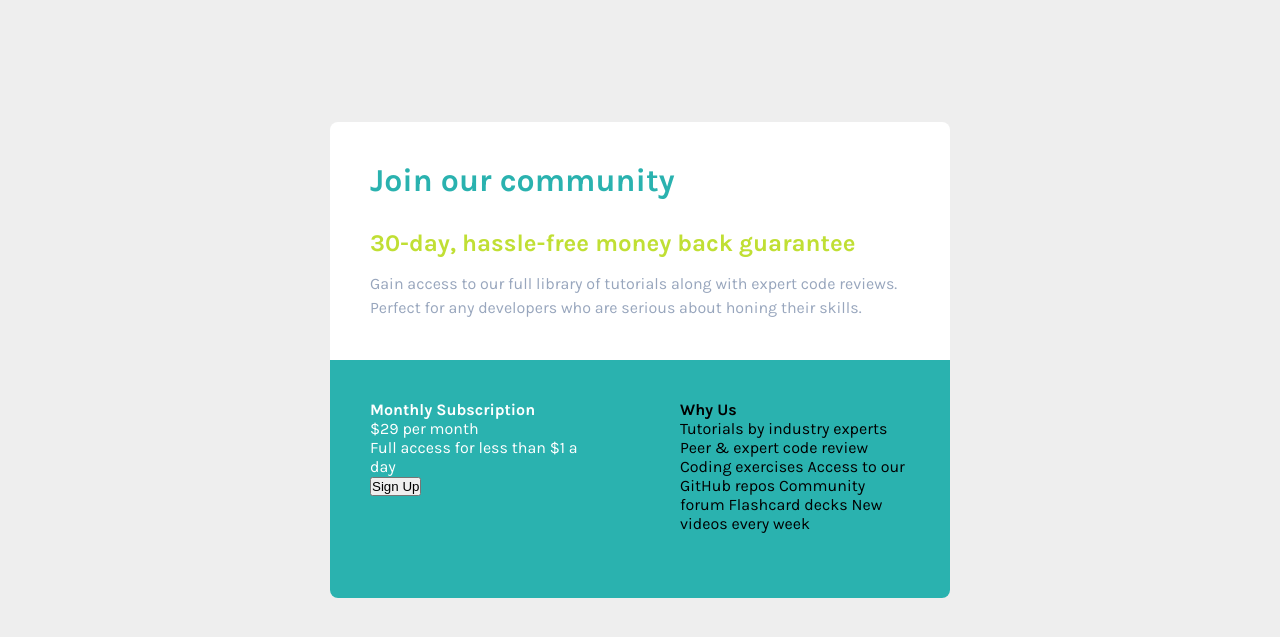
Repository: Akashiii1/WebSingleGrid_Day3
Page: index.html
The author's editor kept a copy of each file at every save. The page is drawn from the files as they stood at one save, then again after the next save.
The browser window is 1280 px wide. The pictures show the whole page.

Above is the page before, as saved 2021-12-22 01:50:16.

### index.html
<!DOCTYPE html>
<html lang="en">
  <head>
    <meta charset="UTF-8" />
    <meta name="viewport" content="width=device-width, initial-scale=1.0" />
    <!-- displays site properly based on user's device -->

    <link
      rel="icon"
      type="image/png"
      sizes="32x32"
      href="./images/favicon-32x32.png"
    />

    <title>Frontend Mentor | Single Price Grid Component</title>

    <!-- Feel free to remove these styles or customise in your own stylesheet 👍 -->
    <link rel="stylesheet" href="style.css" />
    <style>
      .attribution {
        font-size: 11px;
        text-align: center;
      }
      .attribution a {
        color: hsl(228, 45%, 44%);
      }
    </style>
  </head>
  <body>
    <!-- Join our community

  30-day, hassle-free money back guarantee

  Gain access to our full library of tutorials along with expert code reviews.
  Perfect for any developers who are serious about honing their skills.

  Monthly Subscription

  &dollar;29 per month

  Full access for less than &dollar;1 a day

  Sign Up

  Why Us

  Tutorials by industry experts
  Peer &amp; expert code review
  Coding exercises
  Access to our GitHub repos
  Community forum
  Flashcard decks
  New videos every week -->
    <div class="wrapper">
      <div class="container">
        <div class="box item1">
          <h1>Join our community</h1>
          <h3>30-day, hassle-free money back guarantee</h3>
          <p>
            Gain access to our full library of tutorials along with expert code
            reviews. Perfect for any developers who are serious about honing
            their skills.
          </p>
        </div>
        <div class="box item2">
          <h4>Monthly Subscription</h4>
          <span>&dollar;29 per month</span>
          <p>Full access for less than &dollar;1 a day</p>
          <button class="btn">Sign Up</button>
        </div>
        <div class="box item3">
          <h4>Why Us</h4>
          <p>
            Tutorials by industry experts Peer &amp; expert code review Coding
            exercises Access to our GitHub repos Community forum Flashcard decks
            New videos every week
          </p>
        </div>
      </div>
    </div>
    <!-- <footer>
    <p class="attribution">
      Challenge by <a href="https://www.frontendmentor.io?ref=challenge" target="_blank">Frontend Mentor</a>.
      Coded by <a href="#">Your Name Here</a>.
    </p>
  </footer> -->
  </body>
</html>

### style.css

@import url('https://fonts.googleapis.com/css2?family=Karla:wght@400;700&display=swap');
:root{
  --Cyan: hsl(179, 62%, 43%);
 --BrightYellow: hsl(71, 73%, 54%);
 --LightGray: hsl(204, 43%, 93%);
 --GrayishBlue: hsl(218, 22%, 67%);
}
html {
box-sizing: border-box;
}
*{
margin: 0;
padding: 0;
}
*,*:before,*:after {
box-sizing: border-box;
}
input,
textarea,
select,
button{
outline: none;
}
input{
line-height: normal;
}
label,
button{
cursor: pointer;
}
a {
text-decoration: none;
}
img {
display: block;
max-width: 100%;
}
body{
  font-family: 'Karla', sans-serif;
  display: flex;
  justify-content: center;
  align-items: center;
  min-height: 100vh;
  background-color: #eee;
}
.wrapper{
  max-width: 620px;
  background-color: #fff;
  border-radius: 8px;
  overflow: hidden;
}
.container{
  display: grid;
  grid-template-columns:1fr 1fr;
  grid-template-rows: 1fr 1fr;
  grid-template-areas:"it1 it1"
                      "it2 it3";
}
.item1{
  grid-area: it1;
}
.item2{
  grid-area: it2;

}
.item3{
  grid-area: it3;
}
.box{
  padding: 40px;
}
.item1 h1{
  font-size: 32px;
  color:var(--Cyan) ;
  margin-bottom: 30px;
}
.item1 h3{
  color: var(--BrightYellow);
  font-size: 24px;
  margin-bottom: 15px;
}
.item1 p{
  color: var(--GrayishBlue);
  font-weight: 400;
  line-height: 1.5;

}
.item2 {
  background-color: var(--Cyan);
  color: #fff;
}
.item3{
  background-color: var(--Cyan);
}

After the next save:
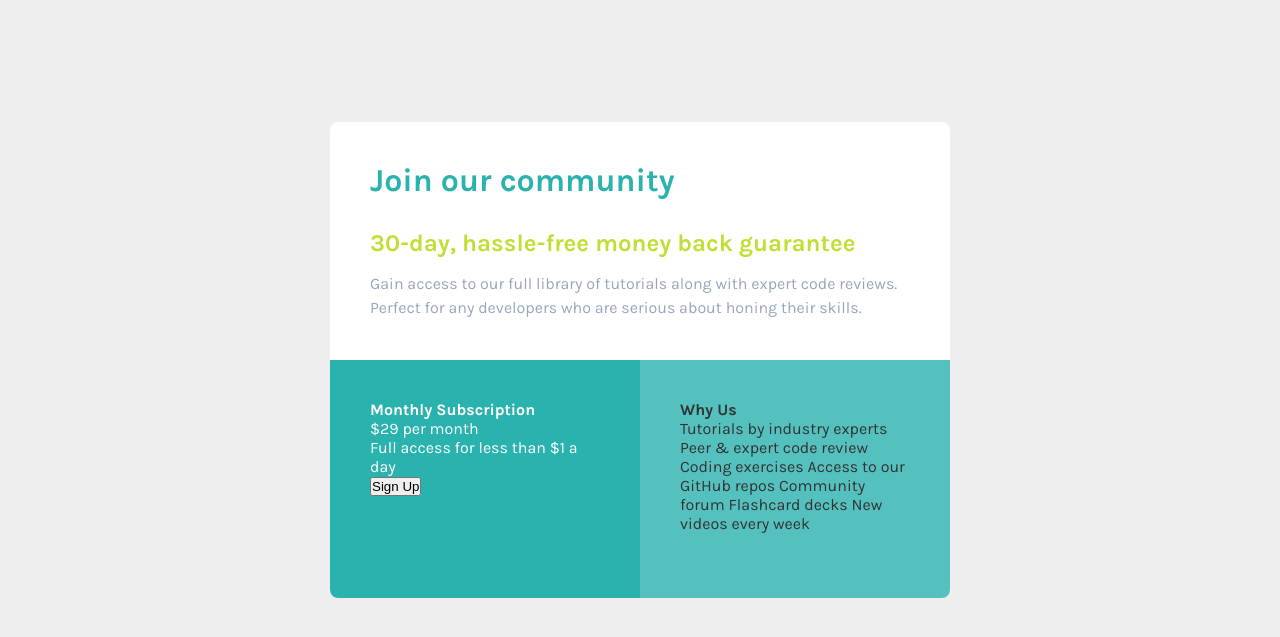
Saved 9 s later.
--- a/style.css
+++ b/style.css
@@ -92,4 +92,5 @@ body{
 }
 .item3{
   background-color: var(--Cyan);
+  opacity: .8;
 }
